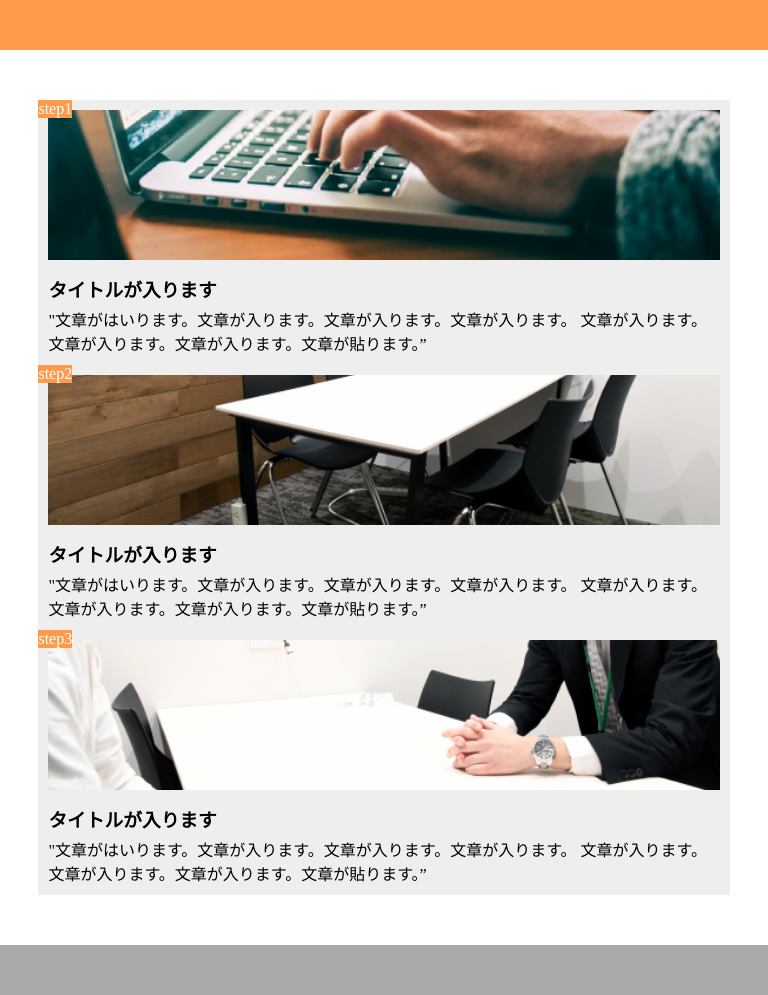
Repository: ego-boosting/assightment_1
Page: chapter10/index.html
The author's editor kept a record of every edit. The page is drawn from the files as they stood at one moment, then again after the next edit.
The browser window is 768 px wide. The pictures show the whole page.

Above is the page before.

After the next edit:
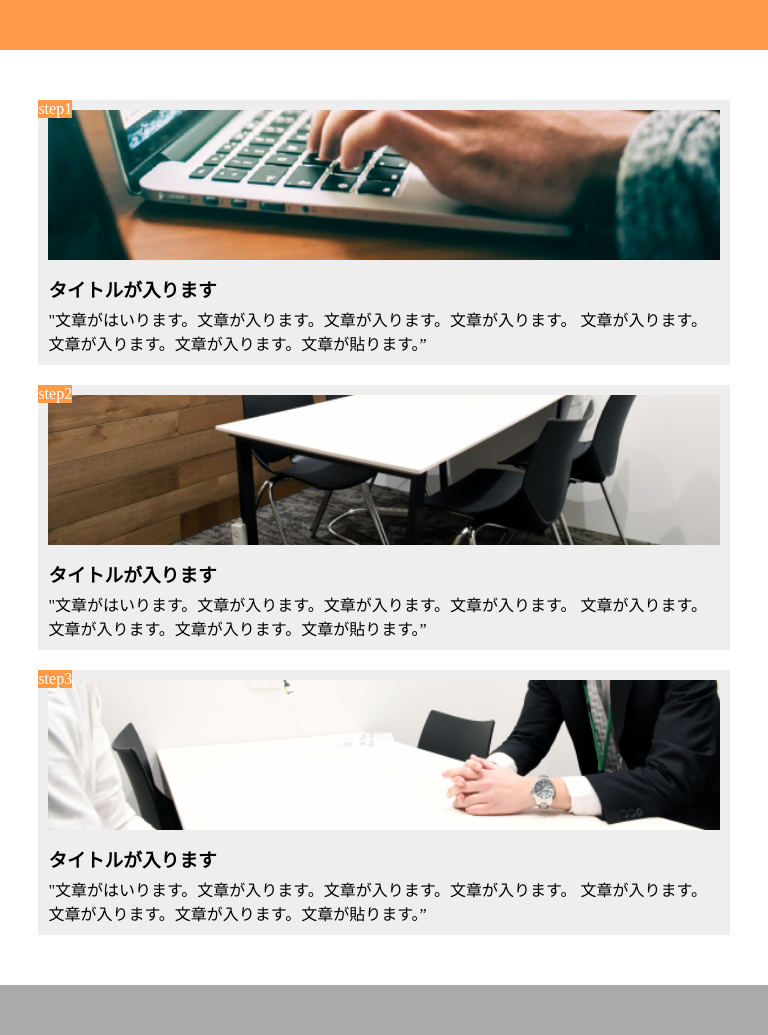
The edit:
--- a/chapter10/style.css
+++ b/chapter10/style.css
@@ -96,9 +96,10 @@
     display:block;
   }
 
-.step-box{
-  width: 90%;
-  margin-bottom: 20px;
-  margin:0 auto;
+  .step-box{
+    width: 90%;
+    margin-bottom: 20px;
+    margin-right: 5%;
+    margin-left: 5%;
+  }
 }
-}
